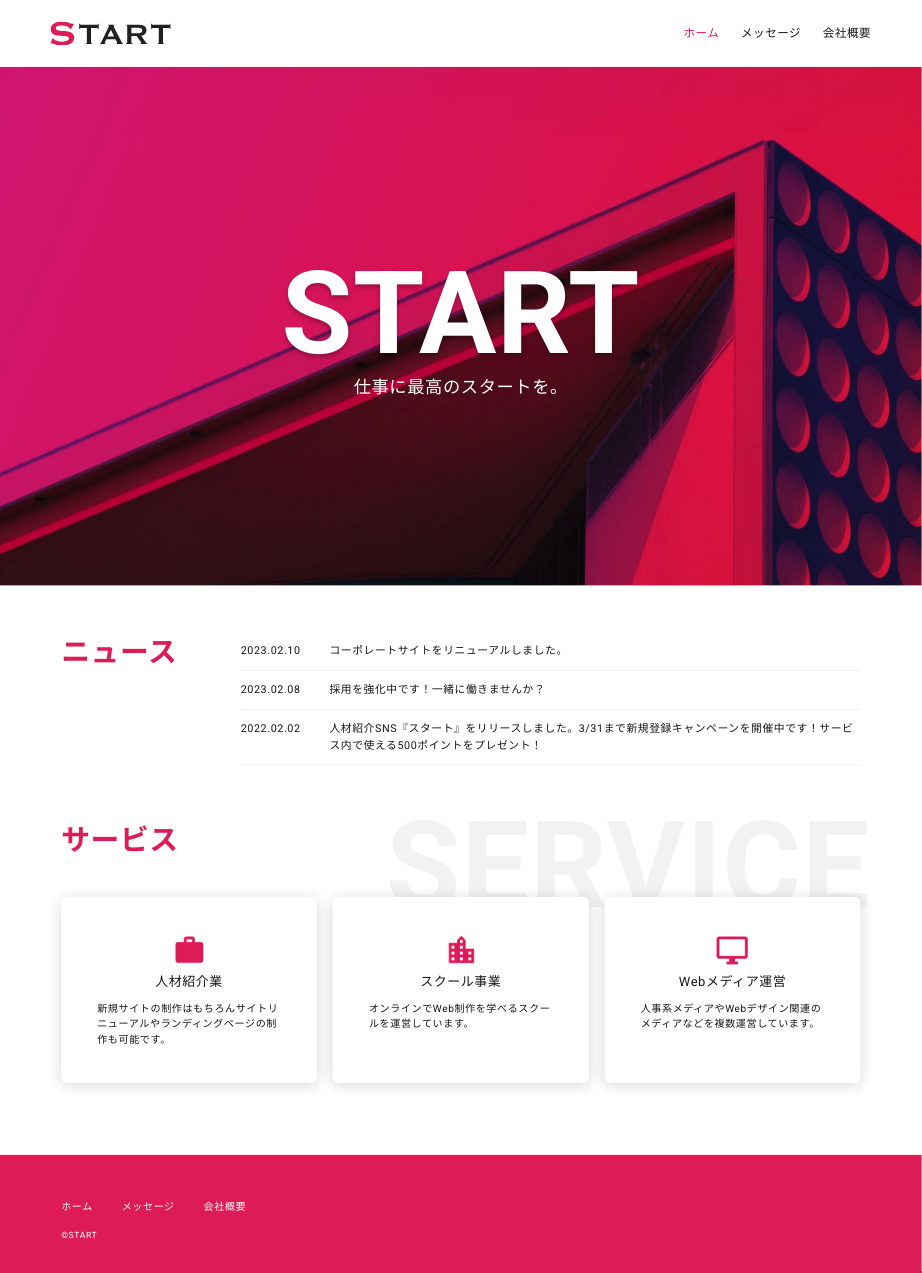
Repository: tetishi/tetishi.github.io
Page: index.html
These files come from the project's save history. The page is drawn as it stood at one moment and after a run of saves; the edit follows.
The browser window is 1280 px wide. The pictures show the whole page, at 72% of full size.

Above is the page before, as saved 2023-07-02 21:32:31.

After the next 2 saves:
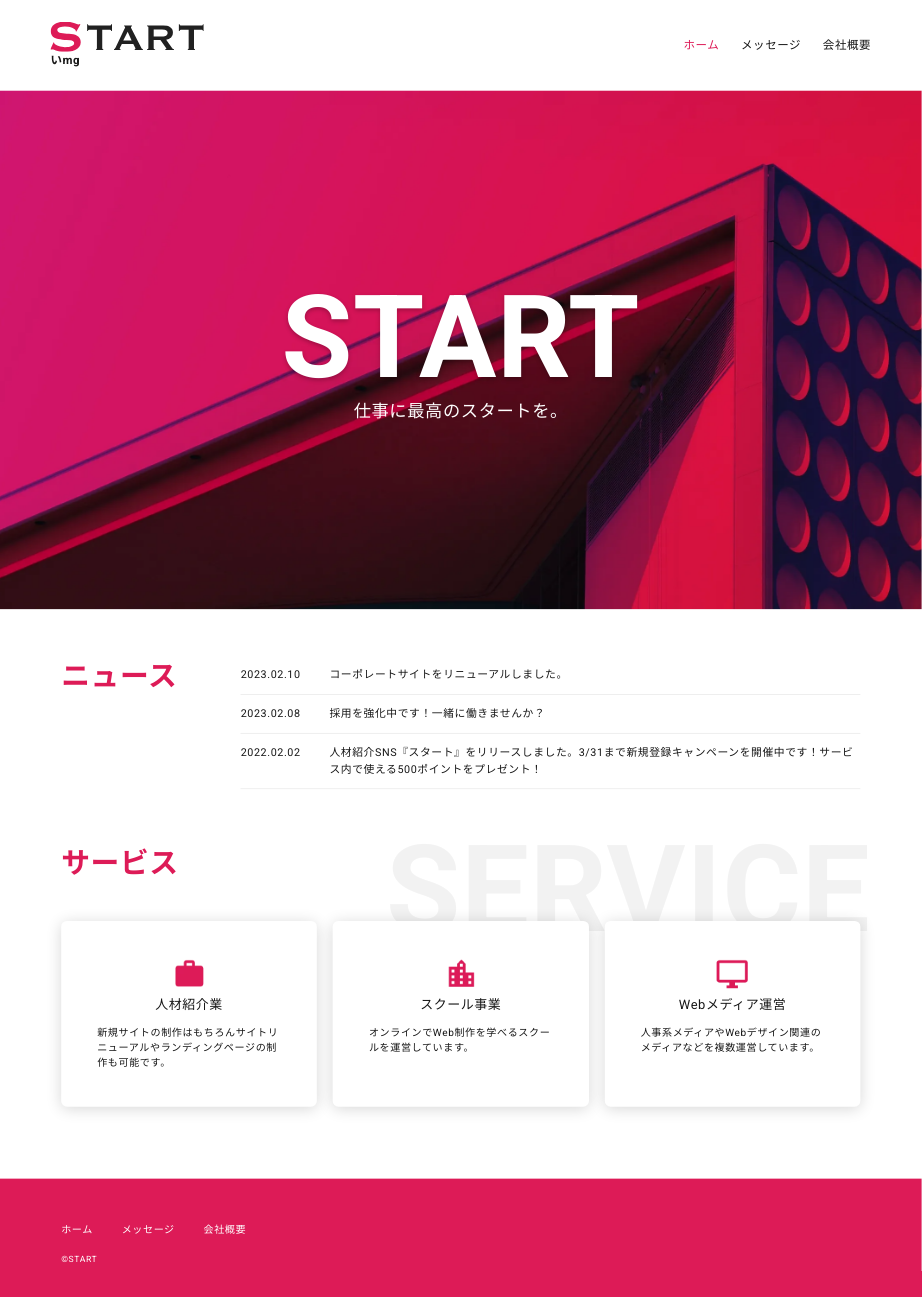
The 2 saves are shown as one change because they came seconds apart.
The last was saved 3 min 38 s later.
--- a/index.html
+++ b/index.html
@@ -19,6 +19,7 @@
             <h2 class="nav-title">
                 <a href="./index.html">
                     <img src="img/logo.svg" alt="START">
+                    いmg
                 </a>
             </h2>
             <nav class="header-nav">
